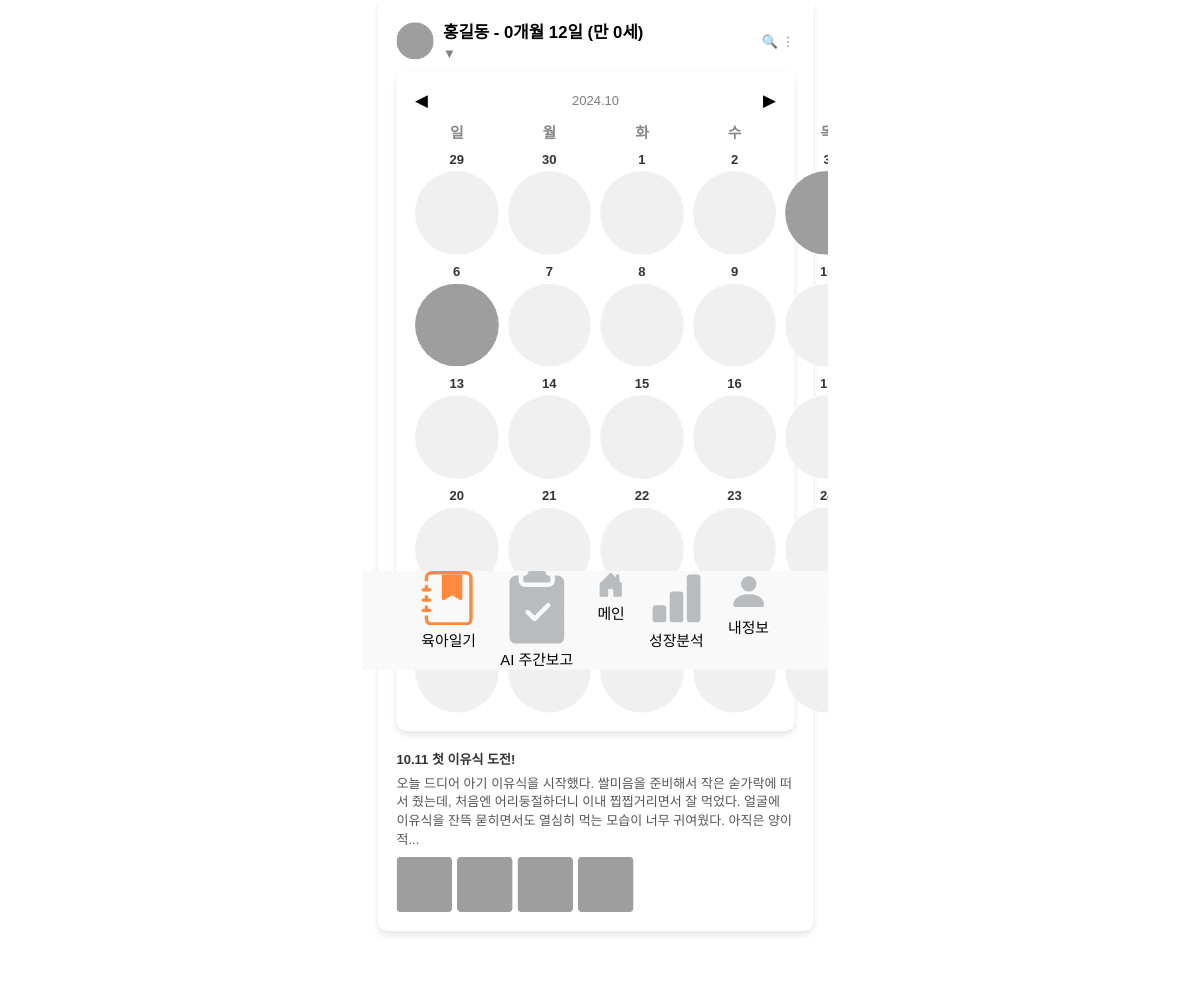
Repository: fromBirth/frombirth-frontend
Page: /babydiary
The author's editor kept a copy of each file at every save. The page is drawn from the files as they stood at one save, then again after the next save.
The browser window is 1280 px wide. The pictures show the whole page, at 93% of full size.
Pictures or frames that could not be fetched are drawn as grey boxes. Some web fonts or font styles are not loaded; a fallback is used. The project was rebuilt for these pictures with package versions that can differ from the ones it lists, and the page was loaded fresh each time. Also part of the build but not shown: vite.config.js.

Above is the page before, as saved 2024-10-30 12:24:13.

After the next save:
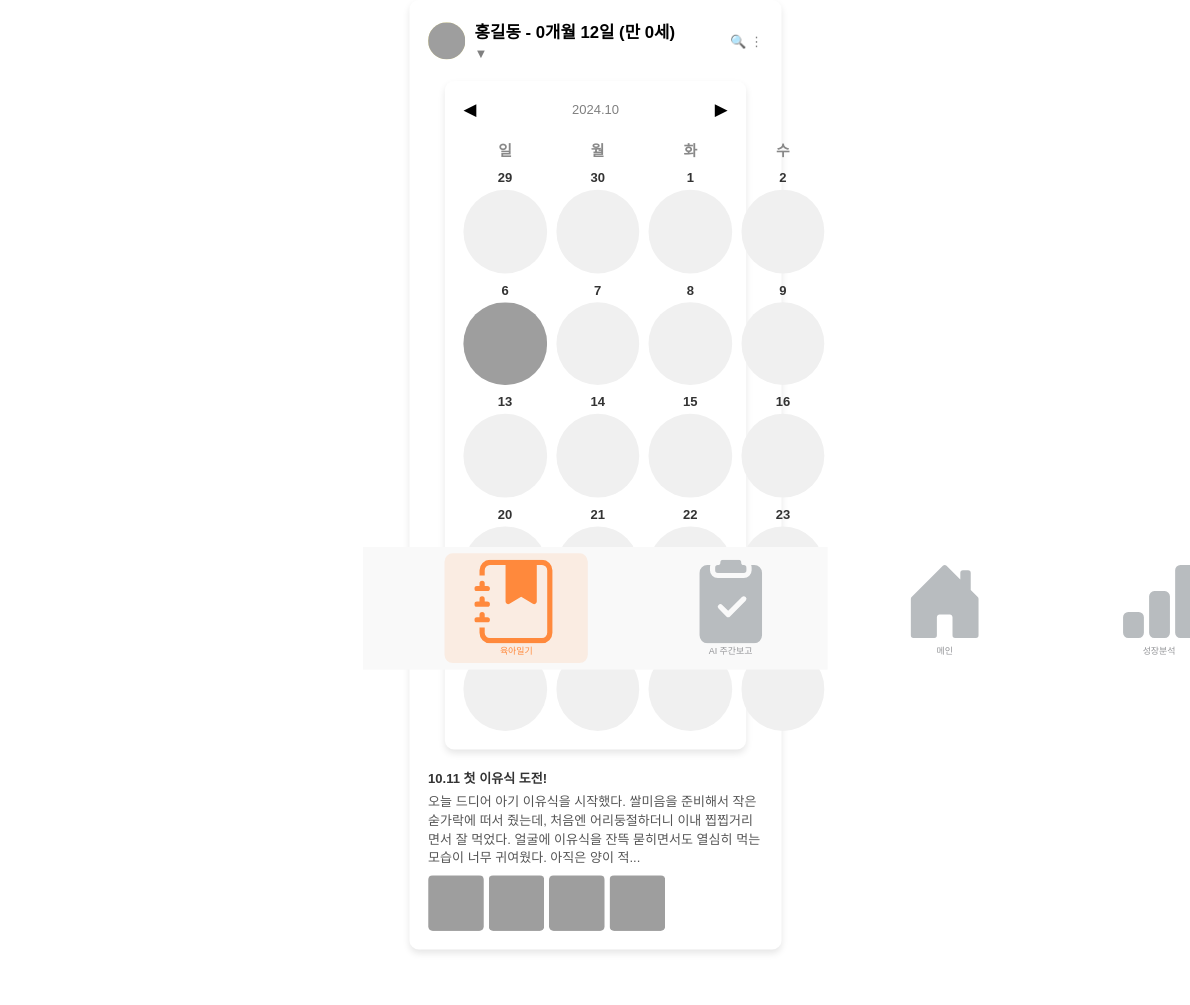
Saved 56 s later.
--- a/src/assets/styles/layout.css
+++ b/src/assets/styles/layout.css
@@ -1,37 +1,23 @@
+/* src/assets/styles/layout.css */
+
 /* 레이아웃 */
-.layout {
-    display: flex;
-    flex-direction: column;
-    min-height: 100vh;
-    width: 100vw;
-    align-items: center;
-}
+.layout { display: flex; flex-direction: column; min-height: 100vh; width: 100vw; align-items: center; }
 
-/* 콘텐츠 영역 */
-.content {
-    flex-grow: 1;
-    width: 100%;
-    max-width: 500px;
-    margin: 0 auto;
-    padding: 0 16px;
-    overflow-y: auto; /* 콘텐츠 영역에 스크롤 추가 */
-    padding-bottom: 60px; /* footer와 겹치지 않도록 여백 추가 */
-}
+ /* 콘텐츠 영역 */
+.content { flex-grow: 1; width: 100%; max-width: 500px; margin: 0 auto; padding: 0 16px; overflow-y: auto; padding-bottom: 60px;}
 
-/* 푸터 고정 */
-.footer {
-    background-color: #F9F9F9;
-    text-align: center;
-    display: flex;
-    justify-content: center;
-    width: 100%;
-    max-width: 500px;
-    position: fixed;
-    bottom: 0;
-}
-.footer-nav {
-    display: flex;
-    justify-content: space-around;
-    width: 100%;
-    max-width: 400px;
-}
+/* 중앙 컨테이너 스타일 */
+.layout .content .container { background-color: white; width: 90%; max-width: 400px; padding: 20px; border-radius: 10px; box-shadow: 0 4px 8px rgba(0, 0, 0, 0.1); margin: 0 auto; }
+
+/* 헤더 스타일 */
+.layout .content .container .header { display: flex; align-items: center; gap: 10px; margin-bottom: 20px; }
+.layout .content .container .header .profile-image { width: 40px; height: 40px; border-radius: 50%; background-color: #f0e68c; }
+.layout .content .container .header .header-title { font-size: 18px; }
+.layout .content .container .header .header-dropdown { font-size: 14px; color: gray; }
+
+/* footer */
+.layout .footer { background-color: #F9F9F9; text-align: center; display: flex; justify-content: center; width: 100%; max-width: 500px; margin: 0 auto; position: fixed; bottom: 0;  }
+.layout .footer .footer-nav { display: flex; justify-content: space-around; width: 100%; max-width: 400px; }
+.layout .footer .footer-nav .nav-item { display: flex; flex-direction: column; justify-content: center; color: #949598; font-size: 0.6em; min-width: 12vw; margin: 1vh 3vw; padding: 1vh 1vw; }
+.layout .footer .footer-nav .nav-item.btn-active { background-color: #FE8A3C1F; color: #FF893C; border-radius:9px; }
+.layout .footer .footer-nav .nav-item svg { margin: auto; width: 7vw; }
